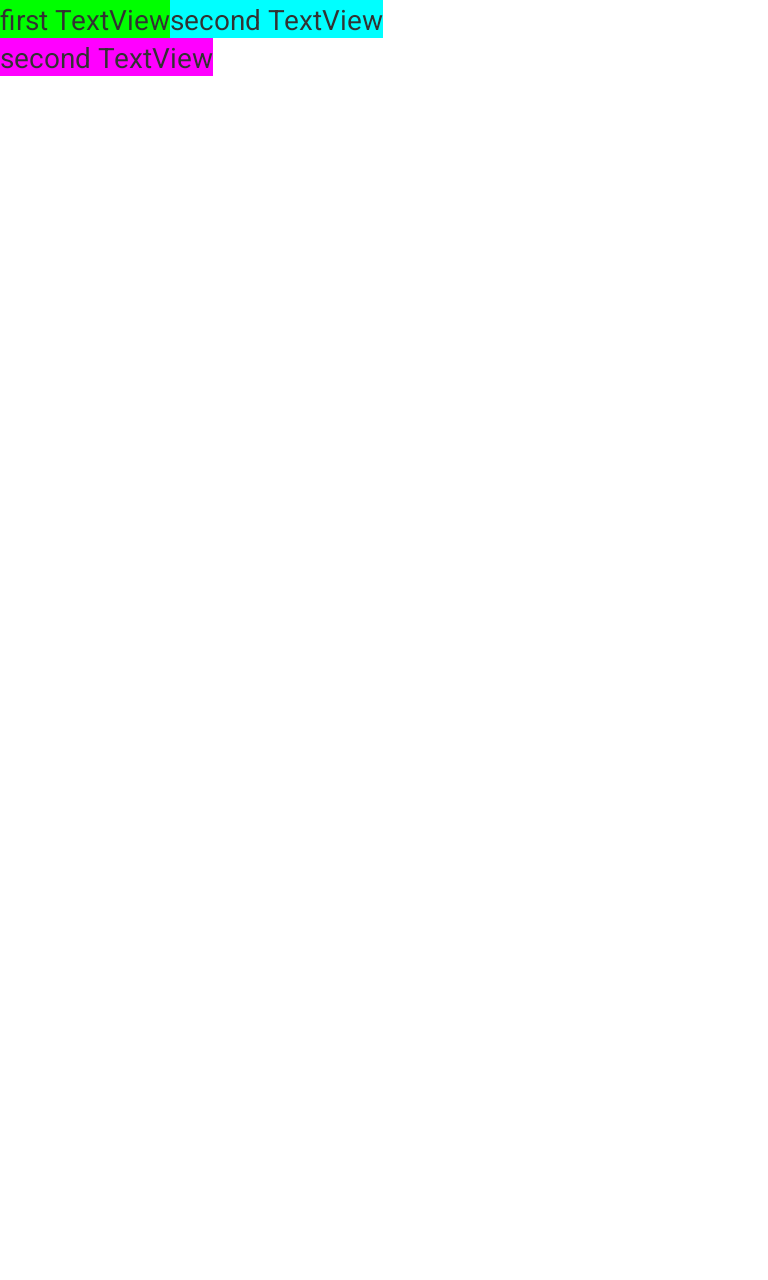
Repository: founderzhl/MarsAndroid
Layout: S01_E13_RelativeLayout/res/layout/activity_main.xml
An editor plug-in stored every save of this project. The layout is shown before and after the next save, followed by the edit.
It is drawn on a 768 x 1280 px phone screen (xhdpi) without system bars, with theme AppTheme; the app's code is not run.

Above is the layout before, as saved 2015-01-21 16:35:57.

### S01_E13_RelativeLayout/res/layout/activity_main.xml
<RelativeLayout xmlns:android="http://schemas.android.com/apk/res/android"
    xmlns:tools="http://schemas.android.com/tools"
    android:layout_width="match_parent"
    android:layout_height="match_parent"
    tools:context="com.example.s01_e13_relativelayout.MainActivity" >

    <TextView
        android:id="@+id/firstview"
        android:layout_width="wrap_content"
        android:layout_height="wrap_content"
        android:background="#00FF00"
        android:text="first TextView" />

    <TextView
        android:layout_width="wrap_content"
        android:layout_height="wrap_content"
        android:background="#00FFFF"
        android:layout_toRightOf="@id/firstview"
        android:text="second TextView" />

        <TextView
        android:layout_width="wrap_content"
        android:layout_height="wrap_content"
        android:background="#FF00FF"
        android:layout_below="@id/firstview"
        android:text="second TextView" />



</RelativeLayout>

Loaded but not shown: S01_E13_RelativeLayout/res/values/styles.xml (common file); S01_E13_RelativeLayout/res/values-v11/styles.xml (common file); S01_E13_RelativeLayout/res/values-v14/styles.xml (common file)

After the next save:
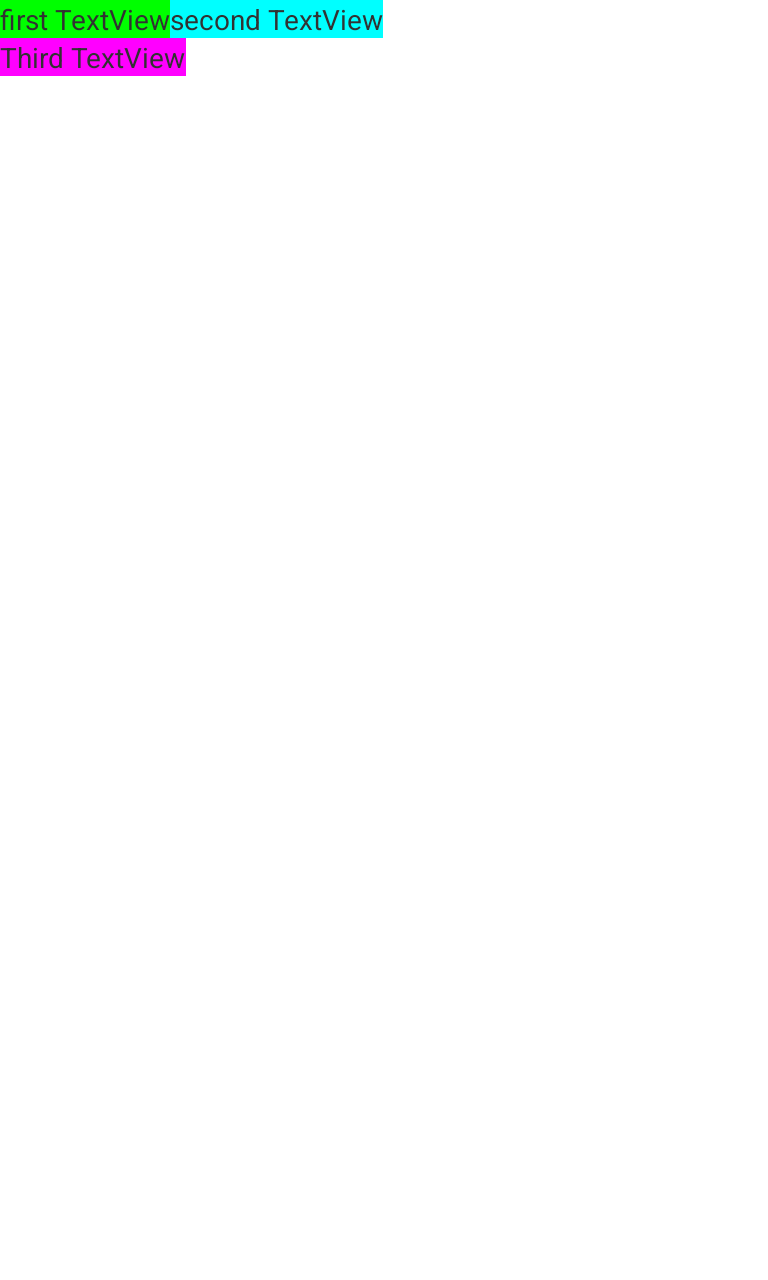
Saved 24 s later.
--- a/S01_E13_RelativeLayout/res/layout/activity_main.xml
+++ b/S01_E13_RelativeLayout/res/layout/activity_main.xml
@@ -23,7 +23,7 @@
         android:layout_height="wrap_content"
         android:background="#FF00FF"
         android:layout_below="@id/firstview"
-        android:text="second TextView" />
+        android:text="Third TextView" />
 
 
 
